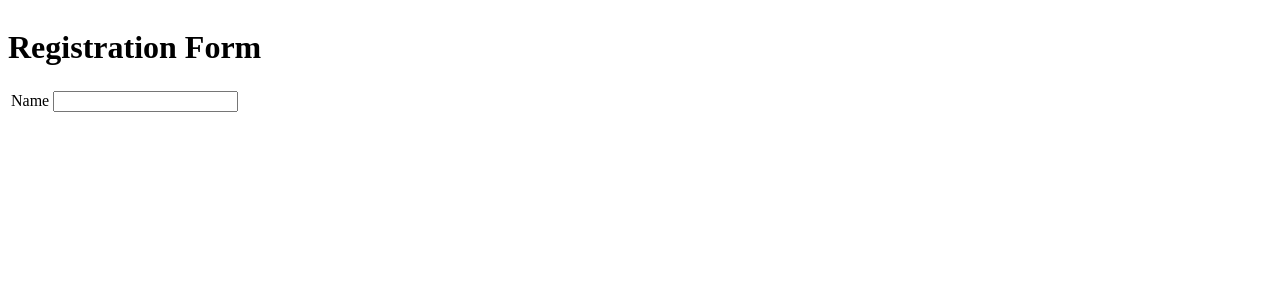
Repository: Indra0011/git_java_practice
Page: eclipse-workspace/servletRegistrationForm/src/main/webapp/Register.html
An editor plug-in stored every save of this project. The page is shown before and after the next save, followed by the edit.
The browser window is 1280 px wide. The pictures show the whole page.

Above is the page before, as saved 2023-10-03 08:42:38.

### eclipse-workspace/servletRegistrationForm/src/main/webapp/Register.html
<!DOCTYPE html>
<html>
<head>
<meta charset="ISO-8859-1">
<title>Insert title here</title>
</head>
<body style="align-content: center;">
	<h1>Registration Form</h1>
<form action = "">
	<table>
		<tr>
			<td>
				Name
			</td>
			<td>
				<input type="text" name="User name"/>

			</td>
		</tr>
	</table>


</form>
</body>
</html>

After the next save:
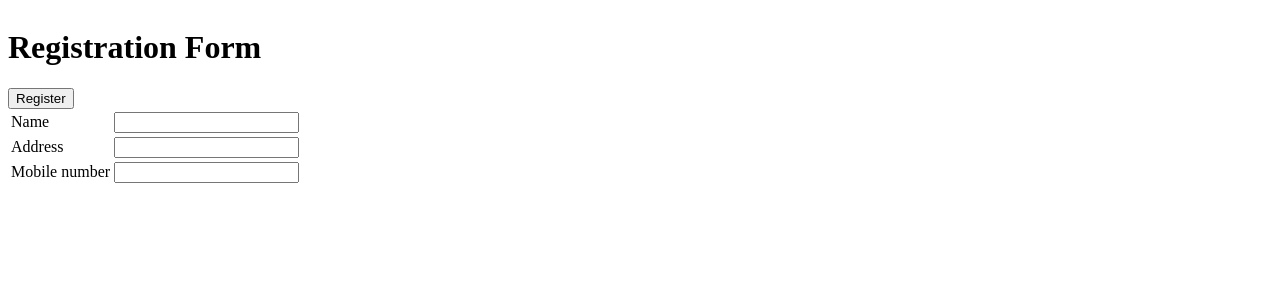
Saved 2 min 14 s later.
--- a/eclipse-workspace/servletRegistrationForm/src/main/webapp/Register.html
+++ b/eclipse-workspace/servletRegistrationForm/src/main/webapp/Register.html
@@ -13,9 +13,30 @@
 				Name
 			</td>
 			<td>
-				<input type="text" name="User name"/>
+				<input type="text" name="UserName"/>
 
 			</td>
+		</tr>
+		<tr>
+			<td>
+				Address
+			</td>
+			<td>
+				<input type="text" name="UserAddress"/>
+
+			</td>
+		</tr>
+		<tr>
+			<td>
+				Mobile number
+			</td>
+			<td>
+				<input type="text" name="UserNumber"/>
+
+			</td>
+		</tr>
+		<tr>
+			<input type="submit" value="Register" />
 		</tr>
 	</table>
 
